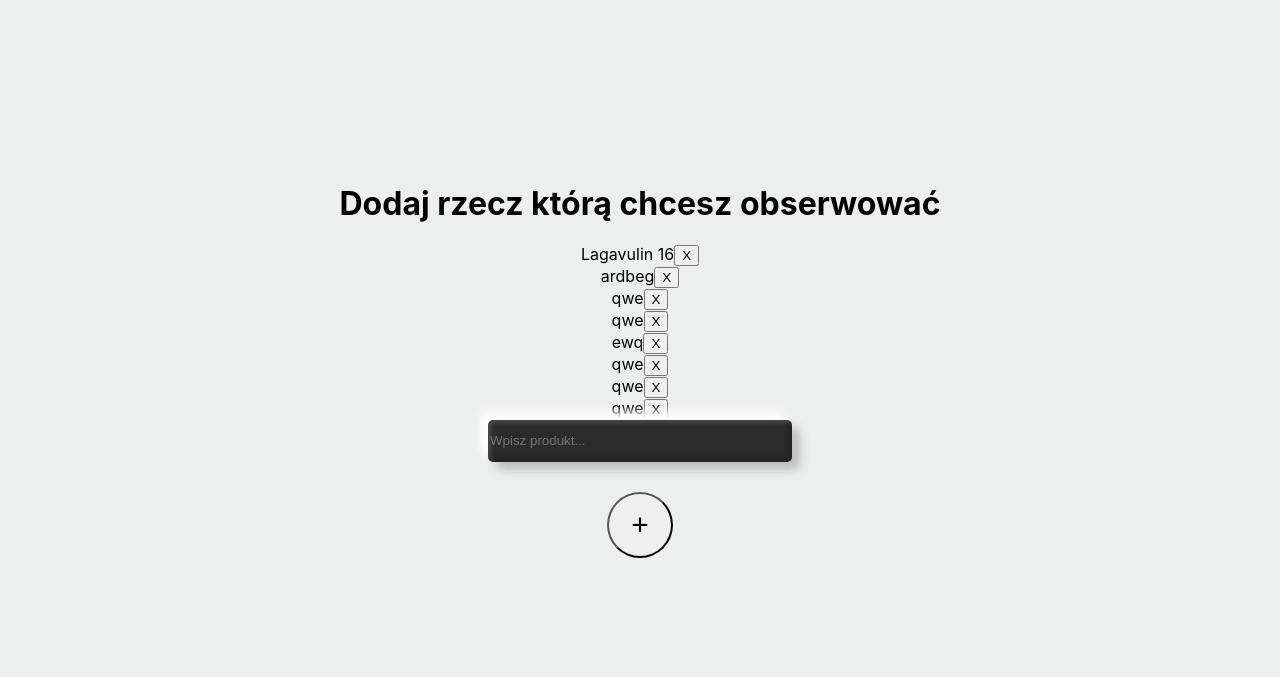
Repository: matedoo/crawler
Page: /MainApp
The author's editor kept a copy of each file at every save. The page is drawn from the files as they stood at one save, then again after the next save.
The browser window is 1280 px wide. The pictures show the whole page.
The project was rebuilt for these pictures with package versions that can differ from the ones it lists, and the page was loaded fresh each time. Requests to the local data server were answered from the project's data file. Also part of the build but not shown: src/Components/button.js, src/Components/LoginComponents/LoginApp.js, src/Components/LoginComponents/RegisterApp.js, src/Components/btnContainer.js, src/Components/heading.js, src/Components/LoginComponents/StartApp.js.

Above is the page before, as saved 2020-05-01 18:17:53.

After the next save:
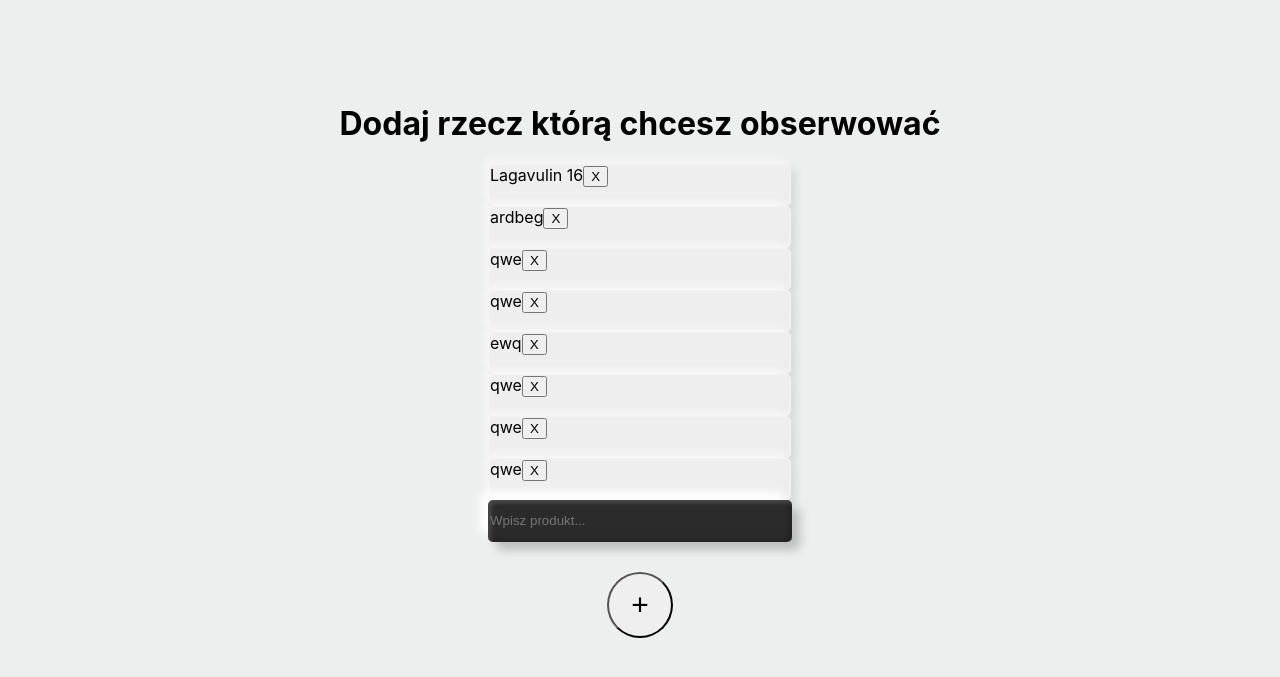
Saved 8 s later.
--- a/src/Components/MainApp/MainAppElement.js
+++ b/src/Components/MainApp/MainAppElement.js
@@ -4,10 +4,10 @@ import styled from 'styled-components';
 function MainAppElement(props){
     const {value, element, handleCloseClick} = props;
     return(
-        <div value={value}>
+        <ElementStyled value={value}>
             {element}
             <button onClick={ () => handleCloseClick(value)}>X</button>
-        </div>
+        </ElementStyled>
 
     )
 }
